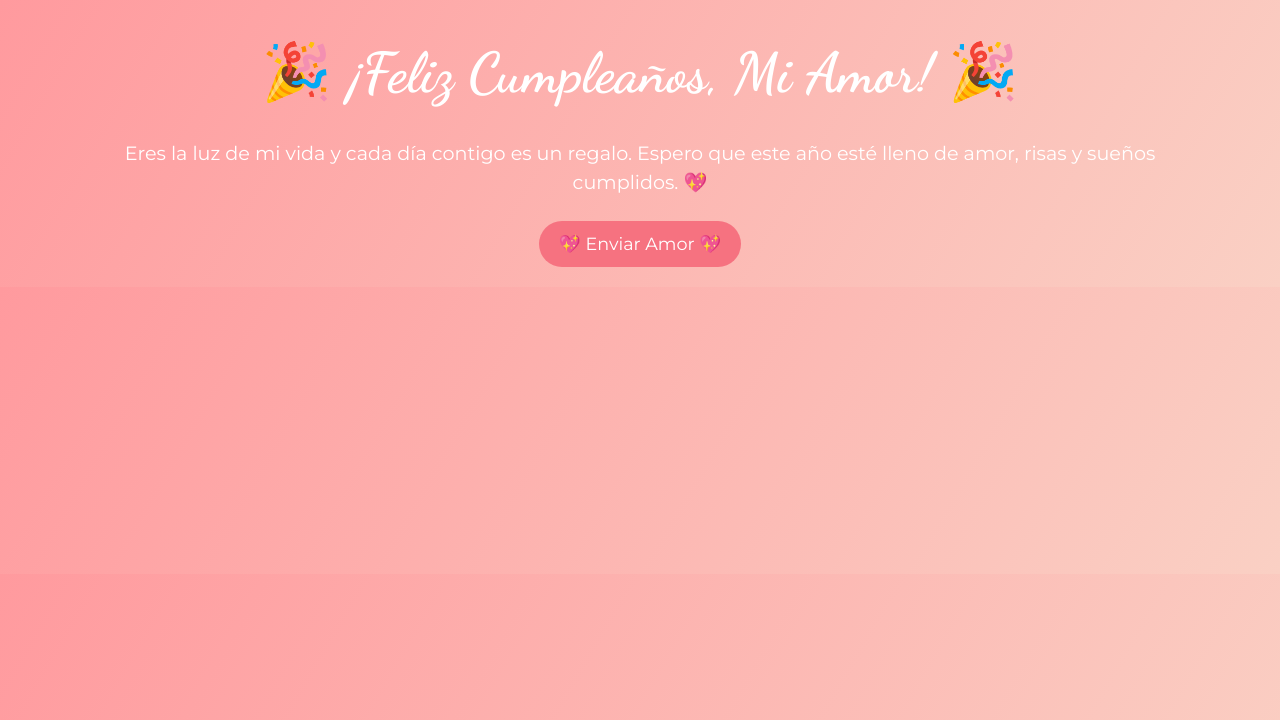
Repository: Jchimbo99/Esposa
Page: index.html
These files come from the project's save history. The page is drawn as it stood at one moment and after the next save; the edit follows.
The browser window is 1280 px wide. The pictures show the whole page.

Above is the page before, as saved 2025-01-24 09:26:06.

After the next save:
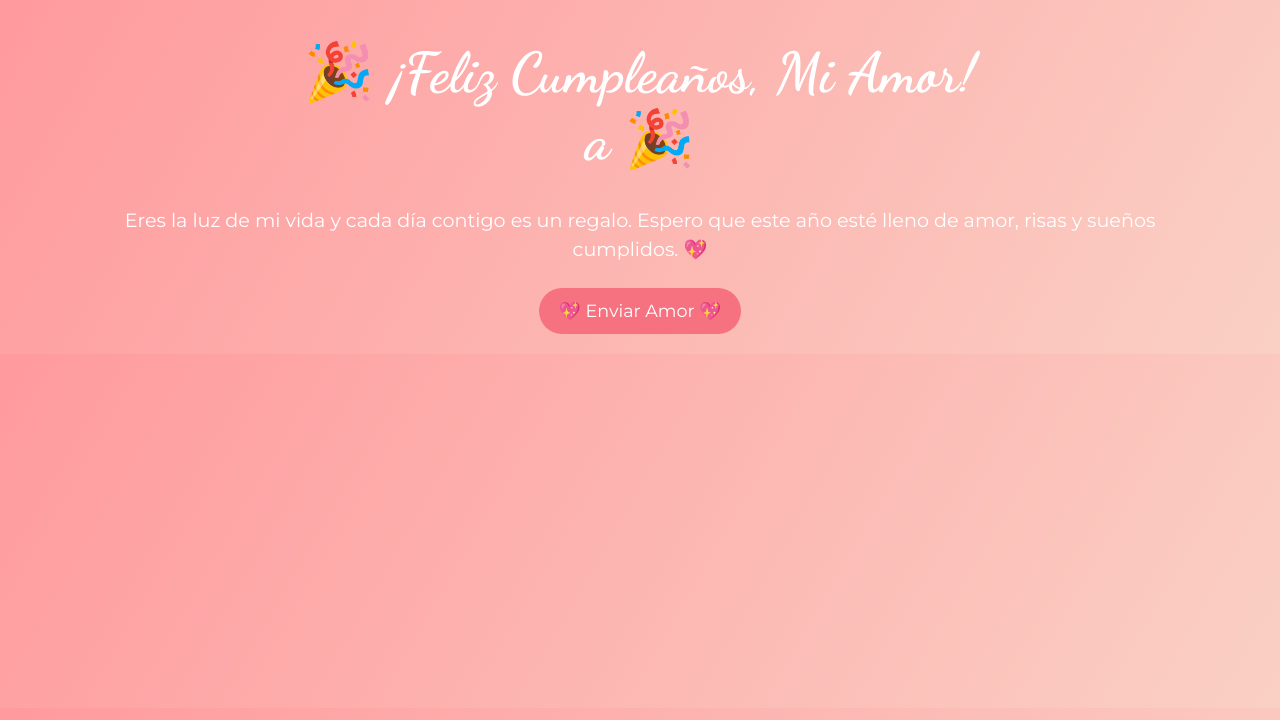
Saved 8 s later.
--- a/index.html
+++ b/index.html
@@ -66,7 +66,8 @@
 </head>
 <body>
     <div class="container">
-        <h1>🎉 ¡Feliz Cumpleaños, Mi Amor! 🎉</h1>
+        <h1>🎉 ¡Feliz Cumpleaños, Mi Amor!
+            <br>a 🎉</h1>
         <br>
 
         <p>Eres la luz de mi vida y cada día contigo es un regalo. Espero que este año esté lleno de amor, risas y sueños cumplidos. 💖</p>
